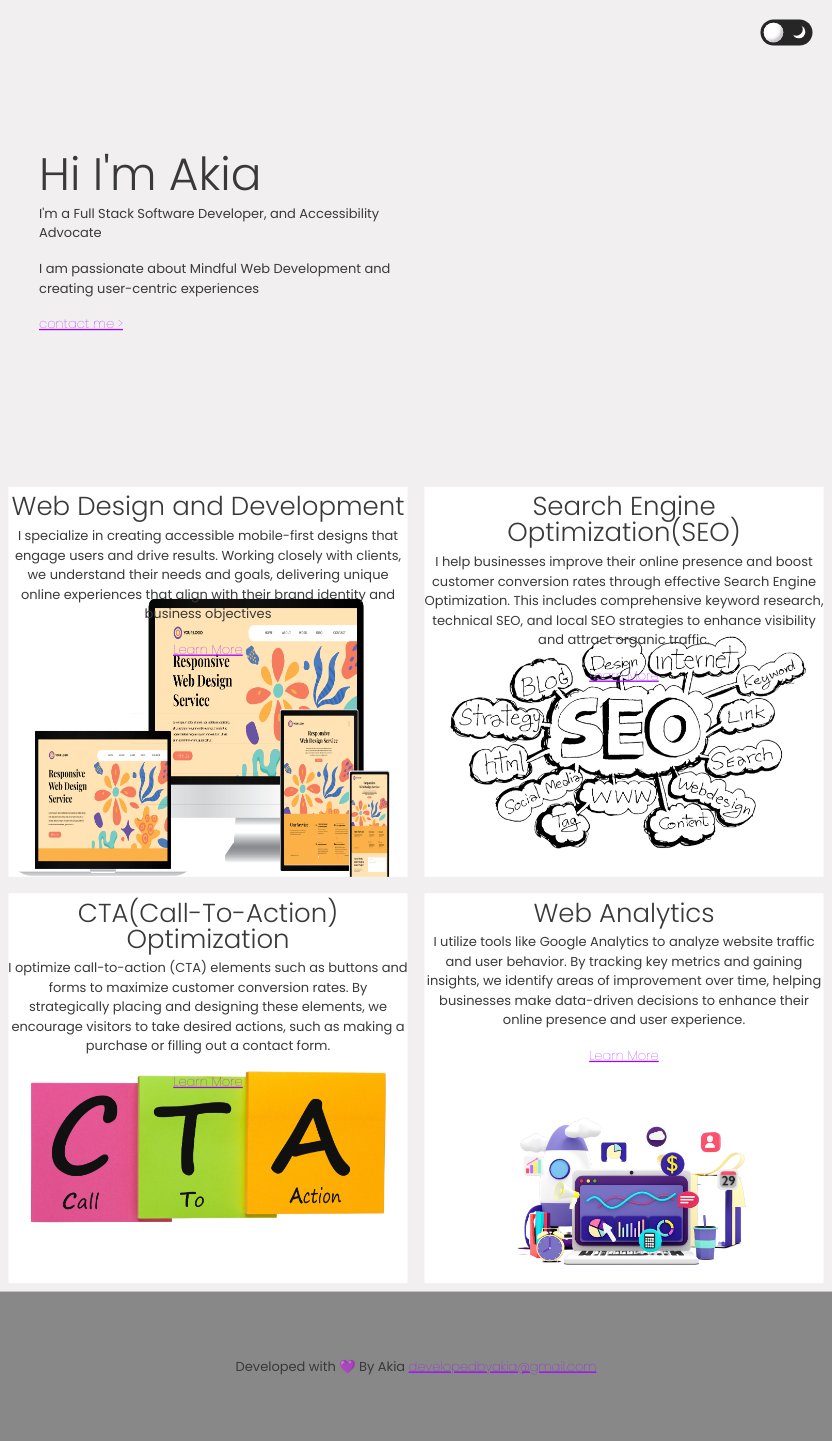
Repository: akiachenise/akiachenise.github.io
Page: index.html
The author's editor kept a copy of each file at every save. The page is drawn from the files as they stood at one save, then again after the next save.
The browser window is 1280 px wide. The pictures show the whole page, at 65% of full size.

Above is the page before, as saved 2023-06-09 07:51:11.

After the next save:
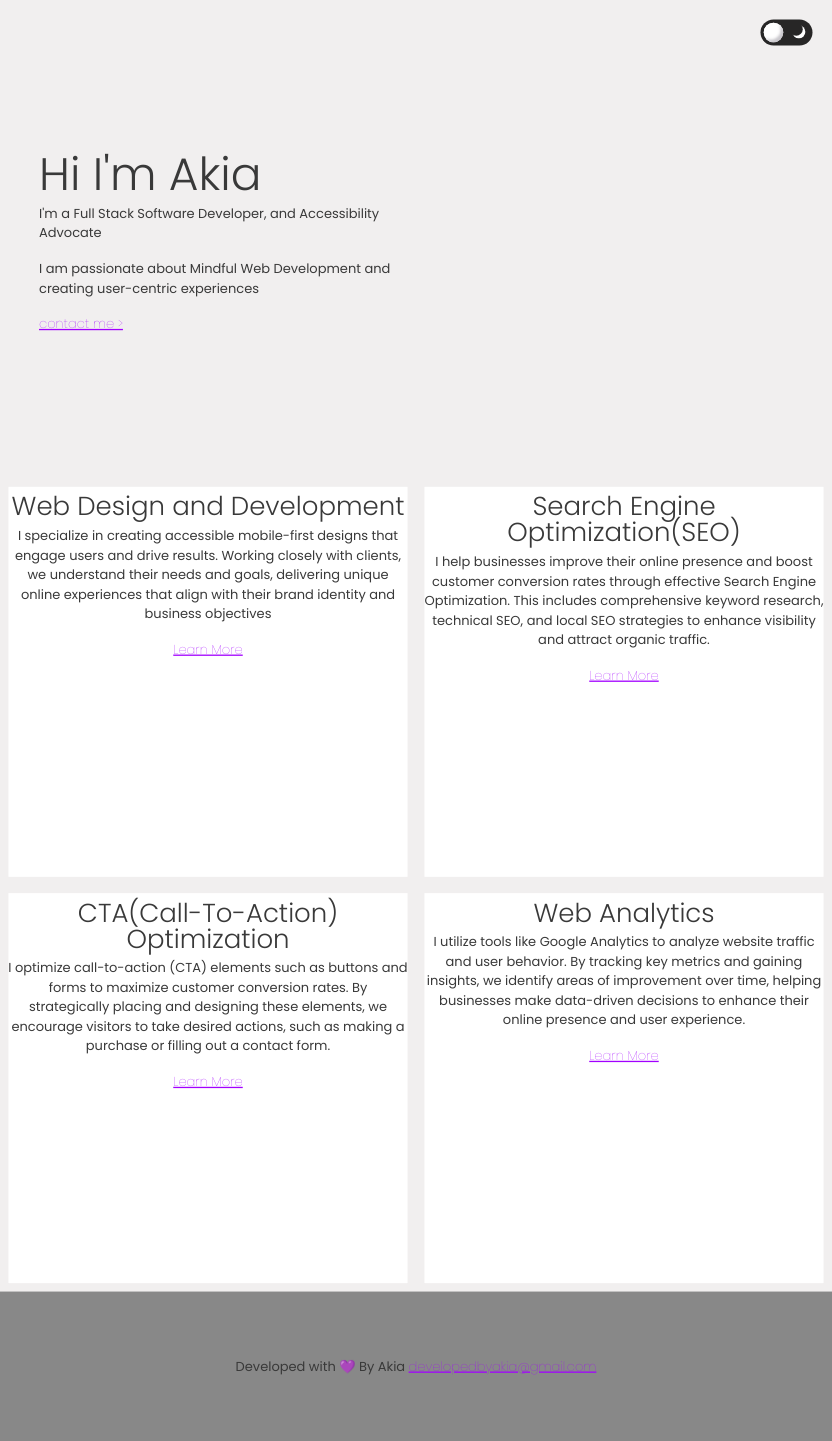
Saved 8 min 54 s later.
--- a/css/styles.css
+++ b/css/styles.css
@@ -115,7 +115,7 @@ header {
 .dark .square {
     background-color: rgb(71, 71, 71);
 }
-#web-design {
+/*#web-design {
     background-image: url("../images/web-design.png");
     background-size: cover;
 }
@@ -142,7 +142,7 @@ header {
 .dark #coming-soon {
     background-image: url("../images/coming-soon-dark.png");
     background-size: cover;
-}
+}*/
 
 .sub-section {
     display: flex;
